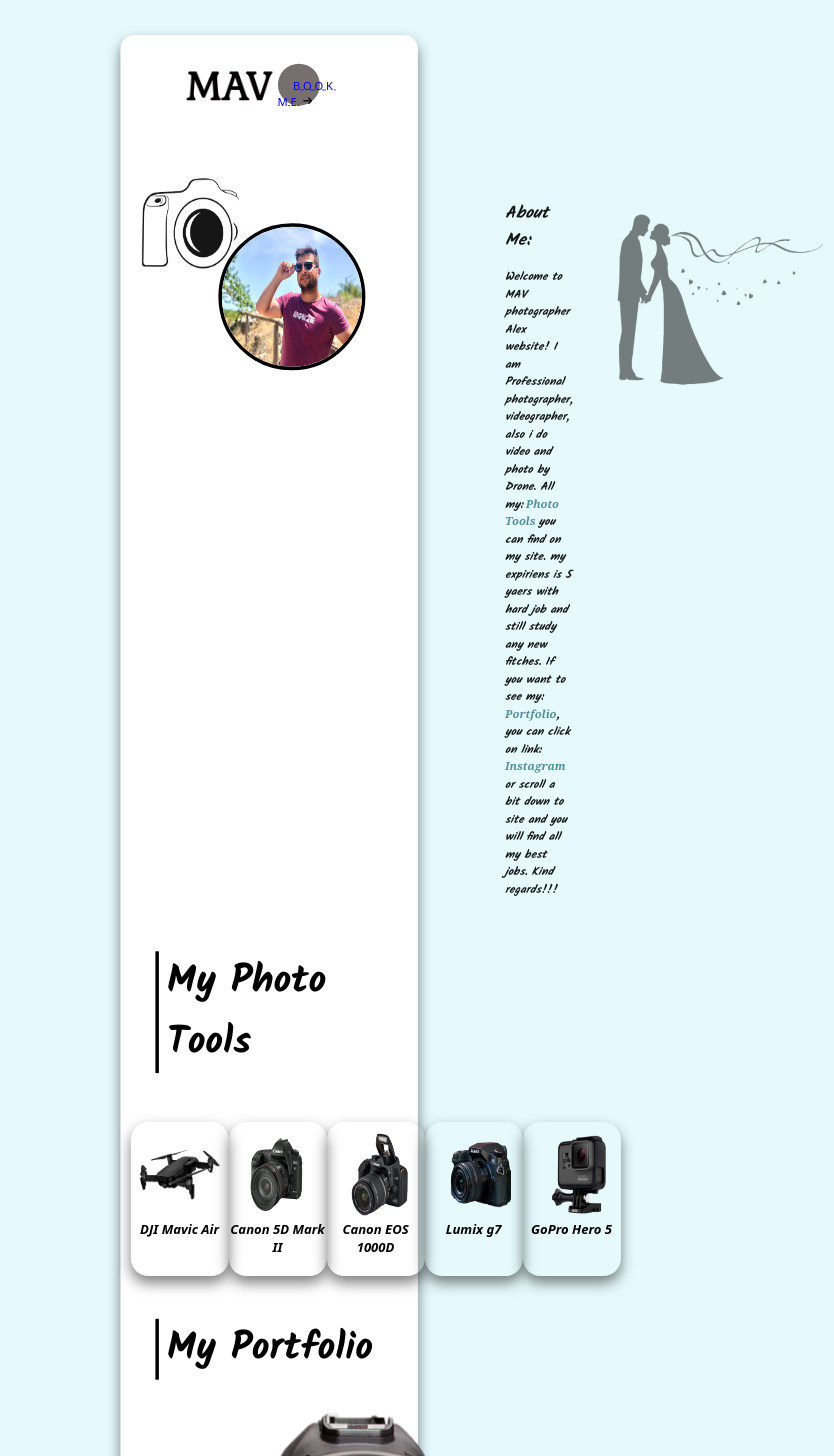
Repository: Dekabrist94/MAV
Page: /
These files come from the project's save history. The page is drawn as it stood at one moment and after the next save; the edit follows.
The browser window is 768 px wide. The page is 1192 px wide, so the pictures cover 1192 px, including what lies to the right of the window. The pictures show the part of the page from y = 0 to 2080 px (the page is 3167 px tall), at 70% of full size.
The project was rebuilt for these pictures with package versions that can differ from the ones it lists, and the page was loaded fresh each time.

Above is the page before, as saved 2023-03-27 22:38:40.

After the next save:
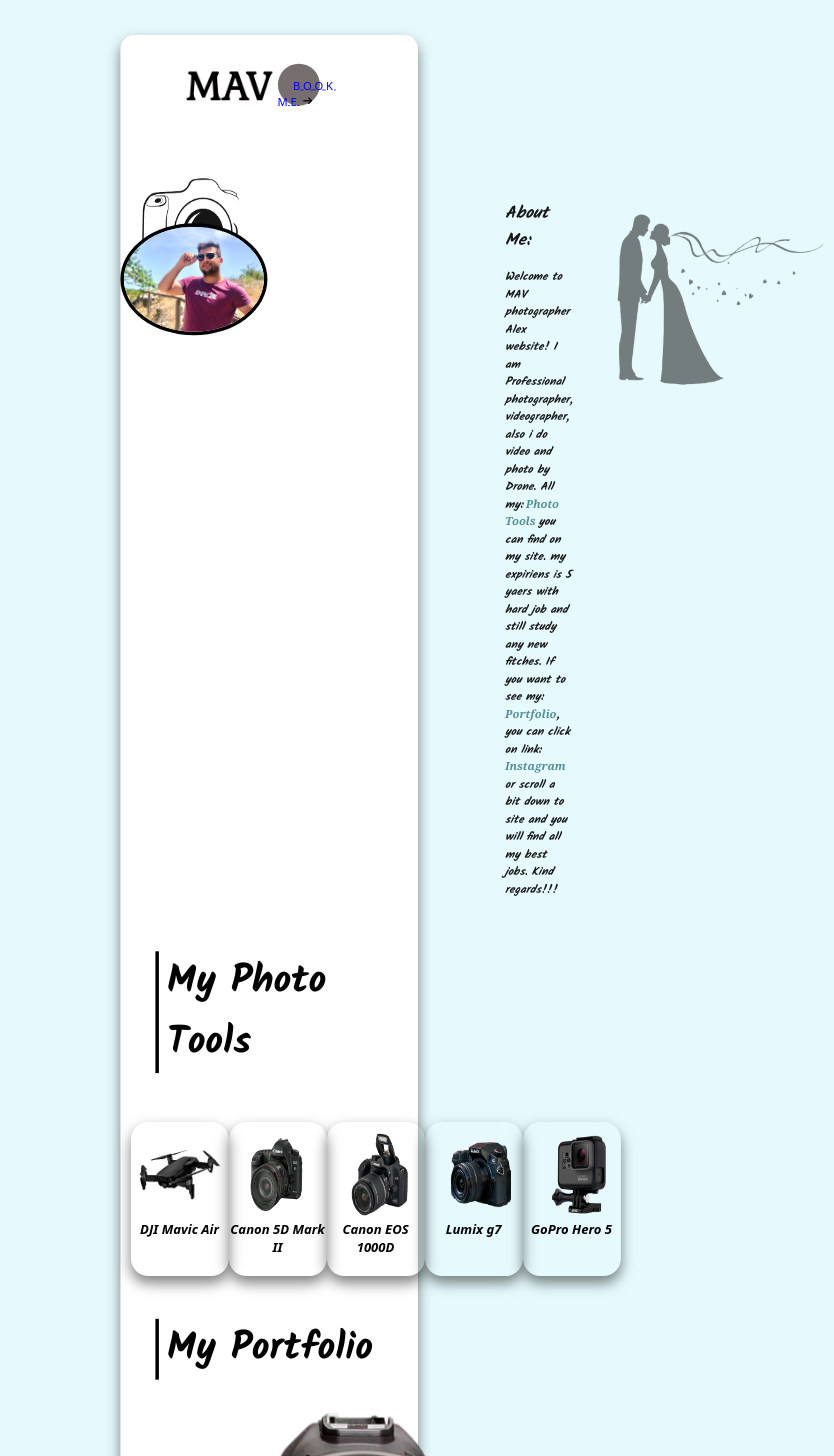
Saved 20 s later.
--- a/src/components/media/media.css
+++ b/src/components/media/media.css
@@ -19,7 +19,8 @@
   .underLogoLink {
     display: none;
   }
-  .camera {
+  .camera,
+  .avatar {
     left: 0px;
     width: 200px;
     height: 150px;

After the save that followed:
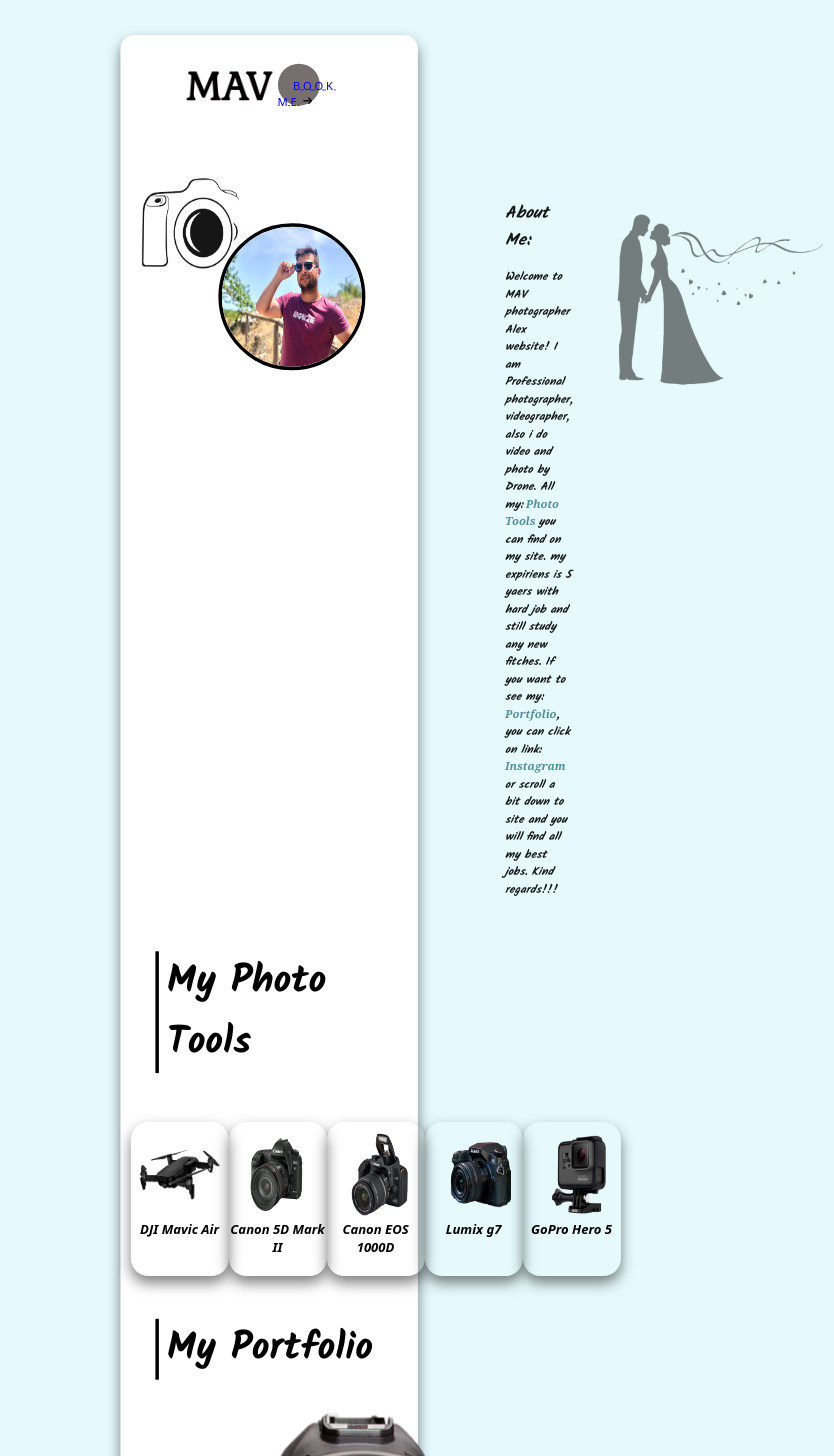
Saved 18 s later.
--- a/src/components/media/media.css
+++ b/src/components/media/media.css
@@ -19,11 +19,13 @@
   .underLogoLink {
     display: none;
   }
-  .camera,
-  .avatar {
+  .camera {
     left: 0px;
     width: 200px;
     height: 150px;
+  }
+
+  .avatar {
   }
 }
 
